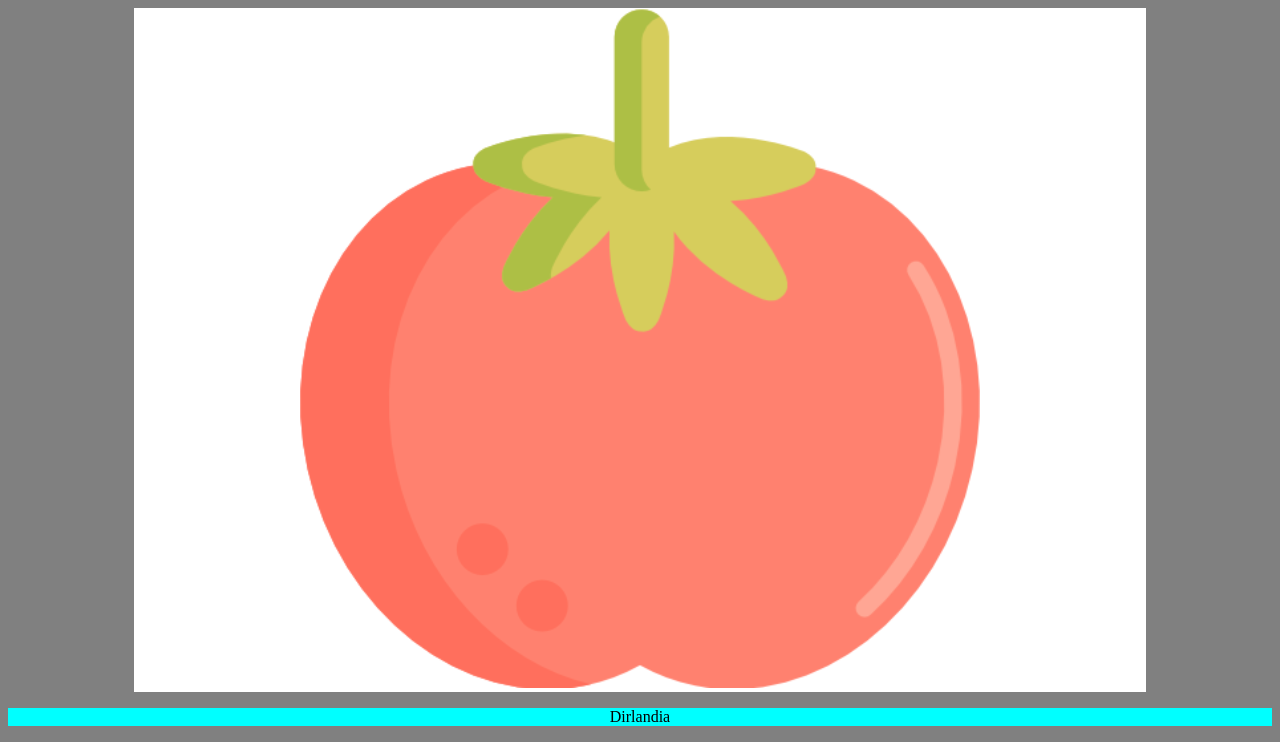
Repository: Dirlandia404/pomodoro
Page: /
These files come from the project's save history. The page is drawn as it stood at one moment and after the next save; the edit follows.
The browser window is 1280 px wide. The pictures show the whole page.
The project was rebuilt for these pictures with package versions that can differ from the ones it lists, and the page was loaded fresh each time.

Above is the page before, as saved 2021-11-24 23:09:23.

After the next save:
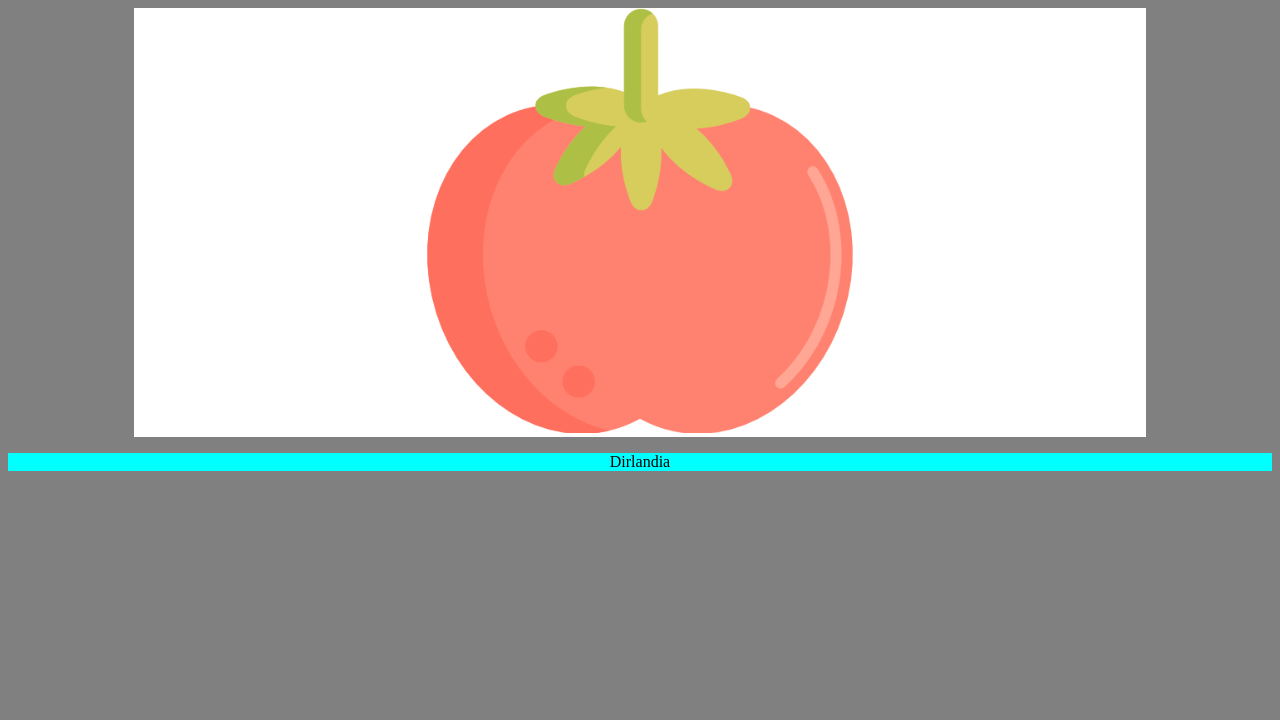
Saved 9 s later.
--- a/src/componentes/componente.css
+++ b/src/componentes/componente.css
@@ -9,7 +9,7 @@ form{
     width: 80%;
 }
 img{
-    width: 80%;
+    width: 50%;
 }
 p{
     background-color: aqua;
